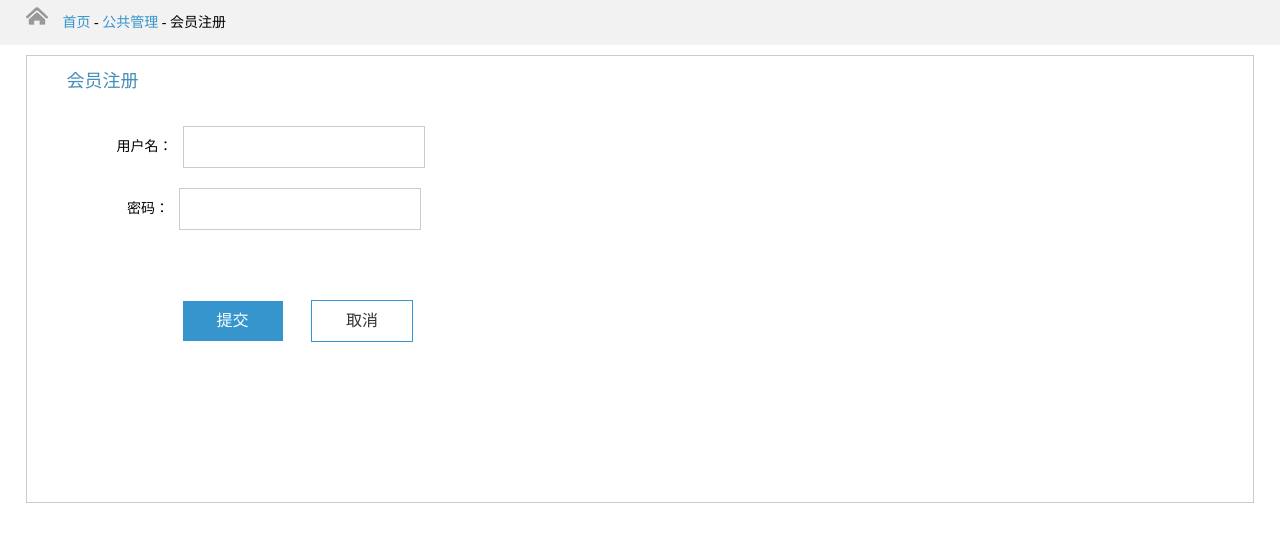
Repository: liaojingrui01/CarRepair
Page: http://localhost/CarWebPro/backstage/vipadd.jsp
An editor plug-in stored every save of this project. The page is shown before and after the next save, followed by the edit.
The browser window is 1280 px wide. The pictures show the whole page.
The page is served by Tomcat 9. Other server files are loaded and not shown.

Above is the page before, as saved 2019-06-30 03:01:27.

### CarWebPro/WebContent/backstage/vipadd.jsp
<%@ page language="java" contentType="text/html; charset=utf-8"
    pageEncoding="utf-8"%>
<!DOCTYPE html PUBLIC "-//W3C//DTD XHTML 1.0 Transitional//EN" "http://www.w3.org/TR/xhtml1/DTD/xhtml1-transitional.dtd">
<html xmlns="http://www.w3.org/1999/xhtml">
<head>
<meta http-equiv="Content-Type" content="text/html; charset=utf-8" />
<title>会员注册-有点</title>
<link rel="stylesheet" type="text/css" href="./css/css.css" />
<script type="text/javascript" src="./js/jquery.min.js"></script>
</head>
<body>
	<div id="pageAll">
		<div class="pageTop">
			<div class="page">
				<img src="./img/coin02.png" /><span><a href="./#">首页</a>&nbsp;-&nbsp;<a
					href="./#">公共管理</a>&nbsp;-</span>&nbsp;会员注册
			</div>
		</div>
		<div class="page ">
			<!-- 会员注册页面样式 -->
			<div class="banneradd bor">
				<div class="baTopNo">
					<span>会员注册</span>
				</div>
				<div class="baBody">
					<div class="bbD">
						用户名：<input type="text" class="input3" />
					</div>
					<div class="bbD">
						&nbsp;&nbsp;&nbsp;密码：<input type="password" class="input3" />
					</div>
					<div class="bbD">
						<p class="bbDP">
							<a class="btn_ok btn_yes" href="./#">提交</a> <a
								class="btn_ok btn_no" href="./#">取消</a>
						</p>
					</div>
				</div>
			</div>

			<!-- 会员注册页面样式end -->
		</div>
	</div>
</body>
</html>

### CarWebPro/WebContent/backstage/css/css.css
@charset "utf-8";

* {
	padding: 0;
	margin: 0;
	font-family: "Microsoft YaHei";
	font-size: 14px;
}
#hides{display: none;}
a {
	text-decoration: none;
}

li {
	list-style-type: none;
}

/*全局定义css*/
#pageAll {
	width: 100%;
	overflow: hidden;
}

#pageAll .page {
	width: 96%;
	margin: 0px auto;
}

.pageTop {
	width: 100%;
	height: 45px;
	line-height: 45px;
	background-color: #f2f2f2;
}

.pageTop span {
	margin-left: 15px;
}

.pageTop a {
	color: #3695cc;
}

/*表格和 分页公共CSS*/
table {
	border-collapse: collapse;
}

tr {

}

td {
	text-align: center;
	border: 1px solid #dcdbdb;
}

.tdColor {
	height: 40px;
	background-color: #f2f2f2;
	color: #438eb9;
}

.tdC {
	color: #333;
}

.paging {
	width: 100%;
	margin-top: 50px;
	margin-bottom: 90px;
	text-align: right;
}
/*表格和 分页公共CSS end*/

/*广告页面CSS*/
.banner {

}

.banner .add {
	width: 100%;
	height: 120px;
}

.addA {
	display: inline-block;
	width: 160px;
	height: 35px;
	background-color: #47a4e1;
	line-height: 35px;
	text-align: center;
	color: #fff;
	margin-top: 40px;
	margin-left: 40px;
	font-size: 16px;
}
.hbHides1{display: none;}
.banner .banShow {

}

.banner .banShow .bsImg {
	margin-top: 15px;
	margin-bottom: 15px;
	width: 185px;
	height: 90px;
	overflow: hidden;
	margin-left: 66px;
}

.banner .banShow .bsImg img {
	max-width: 100%;
	max-height: 100%;
}

.banner .banShow .bsA {
	color: #333;
}

.operation {
	margin-left: 5px;
	margin-right: 5px;
	cursor: pointer;
}

.banDel {
	width: 100%;
	height: 100%;
	background-color: rgba(0, 0, 0, 0.29);
	position: fixed;
	top: 0px;
	display: none;
}

.cutMoney {
	width: 100%;
	height: 100%;
	background-color: rgba(0, 0, 0, 0.29);
	position: fixed;
	top: 0px;
	display: none;
}

.delete {
	width: 460px;
	margin: auto;
	background-color: #fff;
	text-align: center;
	position: relative;
	top: 20%;
}

.delete .close {
	height: 30px;
	text-align: right;
}

.delete .close img {
	margin-right: 5px;
	margin-top: 5px;
	cursor: pointer;
}

.banDel .delete .delP1 {
	margin-top: 40px;
	font-size: 20px;
}

.banDel .delete .delP2 {

}

.banDel .delete .delP2 .ok {
	display: inline-block;
	width: 100px;
	height: 40px;
	line-height: 40px;
	background-color: #3695cc;
	color: #fff;
	margin-top: 65px;
	margin-left: 25px;
	margin-right: 25px;
	font-size: 16px;
	cursor: pointer;
	margin-bottom: 65px;
}

.banDel .delete .delP2 .yes {
	color: #333;
	background-color: #fff;
	border: 1px solid #3695cc;
}

.banDel .delete .delP2 .no {

}
/*广告页面CSS end*/

/*广告上传编辑页面CSS*/
.bor {
	border: 1px solid #ccc;
}

.banneradd {
	margin-bottom: 160px;
	margin-top: 10px;
}

.baTopNo {
	width: 100%;
	border: none;
}

.baTopNo span {
	height: 50px;
	line-height: 50px;
	margin-left: 40px;
	font-size: 18px;
	color: #438eb9;
}

.baTop {
	width: 100%;
	border-bottom: 1px solid #ccc;
}

.baTop span {
	height: 50px;
	line-height: 50px;
	margin-left: 40px;
	font-size: 18px;
	color: #438eb9;
}

.baBody {
	margin-top: 20px;
	margin-left: 90px;
}

.bbD {
	margin-top: 20px;
}

.bbD .bbDP {

}

.bbD .bbDP .btn_ok {
	display: inline-block;
	width: 100px;
	height: 40px;
	line-height: 40px;
	background-color: #3695cc;
	color: #fff;
	margin-top: 50px;
	margin-right: 25px;
	font-size: 16px;
	cursor: pointer;
	text-align: center;
	margin-bottom: 160px;
	border: none;
}

.bbD .bbDP .btn_no {
	color: #333;
	background-color: #fff;
	border: 1px solid #3695cc;
}

.bbD .bbDP .btn_yes {
	margin-left: 66px;
}

.bbD .bbDd {
	width: 280px;
	height: 210px;
}
.bbD .selCss{
	width: 300px;
    height: 40px;
    border: 1px solid #ccc;
    text-indent: 15px;
}

.bbD .input1 {
	width: 300px;
	height: 40px;
	border: 1px solid #ccc;
	text-indent: 15px;
}

.bbD .input2 {
	width: 100px;
	height: 40px;
	border: 1px solid #ccc;
}

.bbD .input3 {
	width: 240px;
	height: 40px;
	border: 1px solid #ccc;
	text-indent: 15px;
	margin-left: 10px;
}
.bbD .UPimgD{width: 155px;height: 175px;position: relative;left: 83px;top: -20px;}
.bbD .UPimgD img.img{width: 100%;}
.bbD .UPimgD .FileD{width: 155px;height: 175px;overflow: hidden;position: absolute;top: 0px;}
.bbD .UPimgD .FileD .addFile{width: 100%;height: 100%;opacity: 0;filter: Alpha(Opacity=0);}
.bbD .bbDImg {
	width: 160px;
	height: 180px;
	background-color: #c6c6c6;
	text-align: center;
	line-height: 180px;
	font-size: 55px;
	color: #fff;
	margin-left: 72px;
	margin-top: -16px;
}

.bbD .bbDImg .Img1 {
	width: 160px;
	height: 180px;
	margin-top: -180px;
}

.bbD .file {
	width: 160px;
	height: 180px;
	position: relative;
	top: -180px;
	left: 45px;
	opacity: 0;
	filter: alpha(opacity = 0);
}

.bbD .bbDDel {
	float: right;
	margin-top: -20px;
	color: #ff0000;
}

.bbD label {
	margin-left: 15px;
	margin-right: 15px;
}

/*广告上传编辑页面CSS*/

/*意见管理页面CSS*/
.opinion {

}

.opinion .opShow {
	margin-top: 40px;
	margin-bottom: 95px;
}
/*意见管理页面CSS end*/

/*行家管理页面CSS*/
.connoisseur {

}

.conShow {
	margin-top: 30px;
}

.onsImg {
	width: 75px;
	height: 75px;
	margin-top: 25px;
	margin-left: 46px;
	overflow: hidden;
	margin-bottom: 25px;
}

.onsImg img {
	max-width: 100%;
	max-height: 100%;
}

.cfD {
	margin-top: 15px;
}

.cfD select {
	width: 200px;
	height: 30px;
	border: 1px solid #ccc;
	margin-left: 15px;
	margin-right: 45px;
	color: #999;
	text-indent: 15px;
}

.cfD .bselect {
	width: 140px;
}

.cfD label {
	margin-left: 20px;
}

.cfD .lar {
	margin-right: 45px;
}

.cfD .addUser {
	width: 220px;
	height: 30px;
	border: 1px solid #ccc;
	text-indent: 15px;
}

.cfD .button {
	margin-left: 10px;
	width: 135px;
	height: 30px;
	border: none;
	font-size: 16px;
	color: #fff;
	background-color: #47a4e1;
}

.cfD .addA1 {
	margin-top: 10px;
	margin-left: 120px;
}
/*行家管理页面CSS end*/

/*会员管理页面CSS*/
.vip {

}

.cfD .vpr {
	margin-right: 45px;
}

.cfD .vinput {
	width: 150px;
	height: 30px;
	border: 1px solid #ccc;
	text-indent: 15px;
}

.cfD .addA2 {
	margin-left: 30px;
}

.onsImgv {
	margin-left: 90px;
	margin-top: 25px;
}

.vip .vipinput {
	width: 55px;
	height: 25px;
	border: 1px solid #ccc;
	margin: 0px 10px;
}

.vip .vsAdd {
	display: inline-block;
	width: 50px;
	height: 25px;
	background-color: #2a9cdd;
	line-height: 25px;
	color: #fff;
	cursor: pointer;
	text-align: center;
}

.vip .vsAdd2 {
	background-color: white;
	color: #2a9cdd;
	border: 1px solid #2a9cdd;
	height: 23px;
	line-height: 23px;
	margin-left: 10px;
}

.bbD .vipHead {
	width: 75px;
	height: 75px;
	overflow: hidden;
	margin-top: -15px;
	margin-left: 82px;
}

.bbD .vipHead img {
	max-width: 100%;
	max-height: 100%;
}

.bbD .vipHead .vipP {
	position: relative;
	top: -17px;
	width: 100%;
	height: 15px;
	background-color: rgba(0, 0, 0, 0.25);
	color: #fff;
	text-align: center;
}

.bbD .vipHead .file1 {
	position: relative;
	top: -32px;
	width: 100%;
	height: 15px;
	background-color: rgba(0, 0, 0, 0.25);
	color: #fff;
	text-align: center;
	opacity: 0;
	filter: alpha(opacity = 0);
}

.bbD .vipHead1 {
	width: 75px;
	height: 75px;
	overflow: hidden;
	margin-top: -15px;
	margin-left: 105px;
}
.bbD .ptH{height: 40px;}

.bbD .btext2 {
	margin-top: -15px;
	margin-left: 105px;
}

.bbD .text2 {
	max-width: 670px;
	min-width: 670px;
	max-height: 120px;
	min-height: 120px;
	color: #333;
	text-indent: 15px;
}

.bbD .btext {
	margin-top: -15px;
	margin-left: 82px;
}
.bbD .text5{width: 540px;height: 110px;}

.bbD .bsp2{
    position: relative;
    top: -90px;
}
.bbD .bewm{
	width: 240px;
    height: 240px;
    border: 3px solid #807e7e;
    position: relative;
    top: -10px;
    left: 85px;
}

.bbD .bewm img{
	max-width: 100%;
}

.bbD .btext .text1 {
	max-width: 670px;
	min-width: 670px;
	max-height: 240px;
	min-height: 240px;
	color: #333;
	text-indent: 15px;
}

/*会员管理页面CSS end*/
.cfD .timeInput {
	width: 170px;
	height: 30px;
	border: 1px solid #ccc;
	text-indent: 15px;
}

/*话题管理页面CSS*/
.topic {

}

.topicP {
	margin-top: -5px;
	margin-bottom: 15px;
}

.topic .topicP .topicImg {
	margin-left: 10px;
}
/*话题管理页面CSS end*/

/*心愿管理页面 、约见管理页面CSS*/
.wishShow {
	margin-top: 30px;
}

.wishShow .wishImgv {
	margin-left: 60px;
}

.onsInmA {
	margin-left: 100px;
}

.tpapA {
	color: #333;
}

#inputSTWish {
	width: 100px;
}
/*心愿管理页面CSS、、约见管理页面CSS end*/
.cfD .userinput {
	width: 220px;
	height: 40px;
	border: 1px solid #ccc;
	text-indent: 15px;
	color: #999;
}

.cfD .userbtn {
	margin-left: 60px;
	width: 135px;
	height: 40px;
	border: none;
	font-size: 16px;
	color: #fff;
	background-color: #47a4e1;
}

/*修改密码*/
.bacen {
	margin: auto;
	width: 400px;
	margin-top: 60px;
}

.imga {
	display: none;
}

.imgb {
	display: none;
}

/*新增加弹出框样式    增加金额和减少金额   hy*/
/*.addMoney{}
.addMoney .addDivs{}
.addMoney .addDivs .addDimg{}
.addMoney .addDivs .addDimg{}*/
.addDivs .addDimg img.user {
	width: 100px;
	margin-top: 50px;
}

.addDivs .addDName {
	font-size: 16px;
	margin-top: 15px;
	color: #333;
}

.addDivs .addDps {
	margin-top: 20px;
	color: #666;
}

.addDivs .addDps input {
	height: 30px;
	border: 1px solid #ccc;
	text-indent: 10px;
}

.addDivs .addDps .come1 {
	width: 155px;
	height: 30px;
	margin-left: -5px;
	border: 1px solid #ccc;
	text-indent: 10px;
	color: #666;
}

.addDivs .addDps .come2 {
	width: 155px;
	height: 30px;
	margin-left: -5px;
	border: 1px solid #ccc;
	text-indent: 10px;
	color: #666;
}

.addDivs .addDps .area {
	border: 1px solid #ccc;
	text-indent: 10px;
	margin-left: 4px;
	width: 155px;
	min-width: 155px;
	max-width: 155px;
	height: 60px;
	min-height: 60px;
	max-height: 60px;
}

.addDivs .addDps .spanVIPs {
	position: relative;
	top: -44px;
	left: 5px;
}

.banDel .delete .delP2 .moneyAdd1 {
	background-color: #3695cc;
	color: white;
}

.banDel .delete .delP2 .moneyAdd2 {
	background-color: white;
	color: #3695cc;
	border: 1px solid #3695cc;
	height: 38px;
	line-height: 40px;
}

/*新样式修复***添加话题*/
.addHTs {
	display: inline-block;
	width: 40px;
	height: 18px;
	line-height: 18px;
	background-color: #47a4e1;
	color: white;
	padding: 4px;
	position: relative;
	top: -5px;
}


/*11.25   新地址选择页面CSS   公共样式   hy*/
.ctAlert{display: none;width: 100%;height: 100%;position: fixed;top: 0px;background-color: rgba(0, 0, 0, 0.4);}
.citys{width: 90%;margin: 0px auto;background-color: white;  margin-top: 50px;padding-bottom: 20px;}
.citys .getCtys{min-height: 50px;padding-top: 50px;padding-left: 40px;float: left;font-size: 16px;  color: #666;  width: 80%;}
.citys .closeCys{min-height: 50px;float: right;width: 120px;height: 40px;background-color: #3695cc;line-height: 50px;text-align: center;position:relative;top: 50px;right: 100px;color: white;font-size: 16px;cursor: pointer;}
.citys .cityDiv{clear: both;width: 90%;margin: 0px auto;  margin-bottom: 30px;}
.citys .cityDiv .cts{display: inline-block;width: 20px;height: 20px;font-size: 18px;color: #3695cc;}
.citys .cityDiv .ctn{display: inline-block;font-size: 16px;padding-left: 5px;padding-right: 5px;padding-bottom: 3px;cursor: pointer;color: #666;}
.citys .cityDiv .ctn:hover{color: white;background-color:#3695cc;}
/*添加进来的DIV*/
.citys .getCtys .ctn{display: inline-block;padding-left: 5px;padding-right: 5px;color: #3695cc;font-size: 16px;cursor: pointer;}
/*11.25   新地址选择页面CSS   公共样式   hy    end  */

Loaded but not shown: CarWebPro/WebContent/backstage/js/jquery.min.js (library)

After the next save:
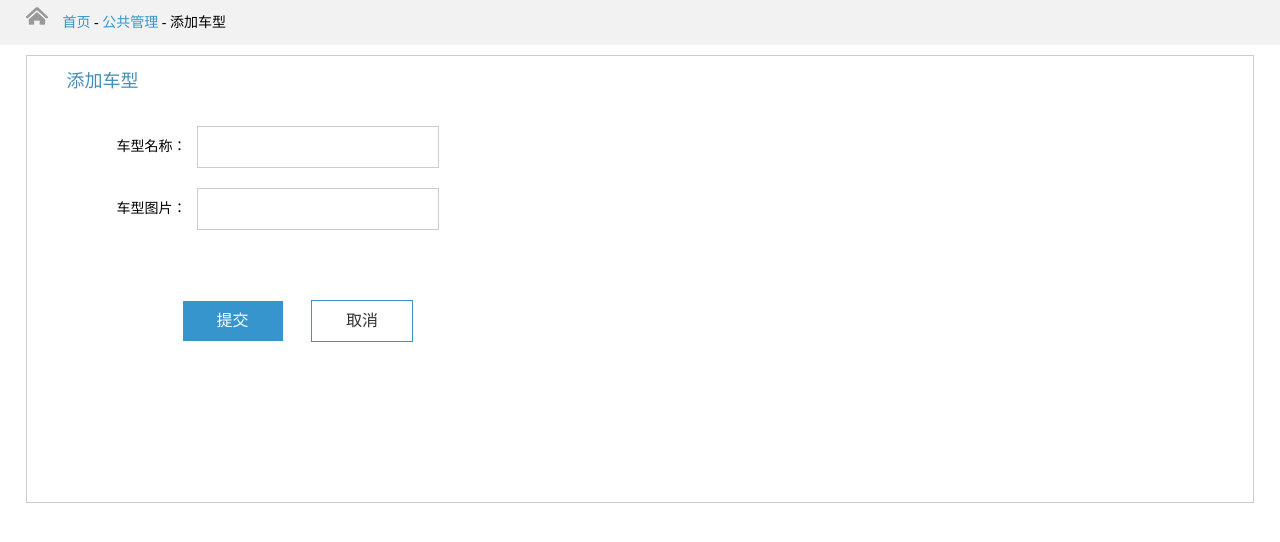
Saved 26 s later.
--- a/CarWebPro/WebContent/backstage/vipadd.jsp
+++ b/CarWebPro/WebContent/backstage/vipadd.jsp
@@ -13,21 +13,21 @@
 		<div class="pageTop">
 			<div class="page">
 				<img src="./img/coin02.png" /><span><a href="./#">首页</a>&nbsp;-&nbsp;<a
-					href="./#">公共管理</a>&nbsp;-</span>&nbsp;会员注册
+					href="./#">公共管理</a>&nbsp;-</span>&nbsp;添加车型
 			</div>
 		</div>
 		<div class="page ">
 			<!-- 会员注册页面样式 -->
 			<div class="banneradd bor">
 				<div class="baTopNo">
-					<span>会员注册</span>
+					<span>添加车型</span>
 				</div>
 				<div class="baBody">
 					<div class="bbD">
-						用户名：<input type="text" class="input3" />
+						车型名称：<input type="text" class="input3" />
 					</div>
 					<div class="bbD">
-						&nbsp;&nbsp;&nbsp;密码：<input type="password" class="input3" />
+						车型图片：<input type="password" class="input3" />
 					</div>
 					<div class="bbD">
 						<p class="bbDP">
